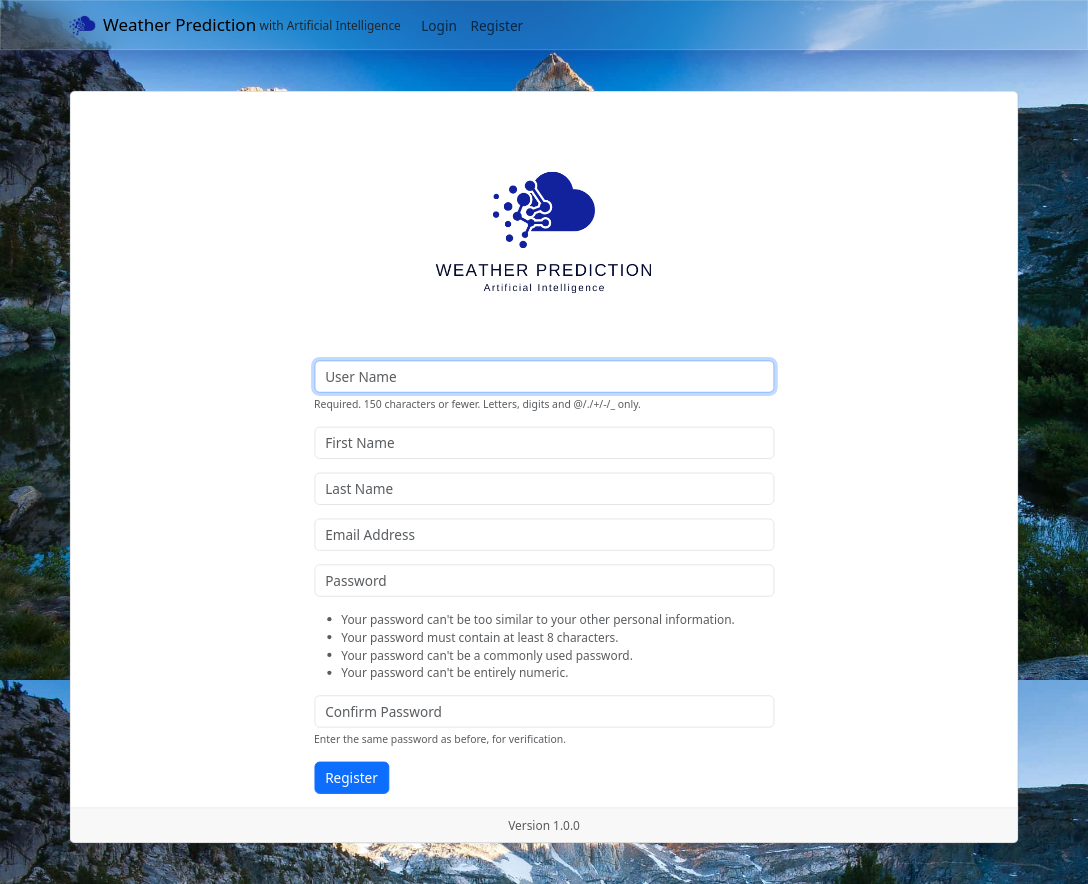
Repository: rustycoder/weather_prediction
Page: http://localhost/weather_admin/register
An editor plug-in stored every save of this project. The page is shown before and after the next save, followed by the edit.
The browser window is 1280 px wide. The pictures show the whole page, at 85% of full size.
Backgrounds fixed to the window are drawn as part of the page. The page is served by the project's application, run on Django 5.2 (manage.py).

Above is the page before, as saved 2025-03-03 18:54:22.

After the next save:
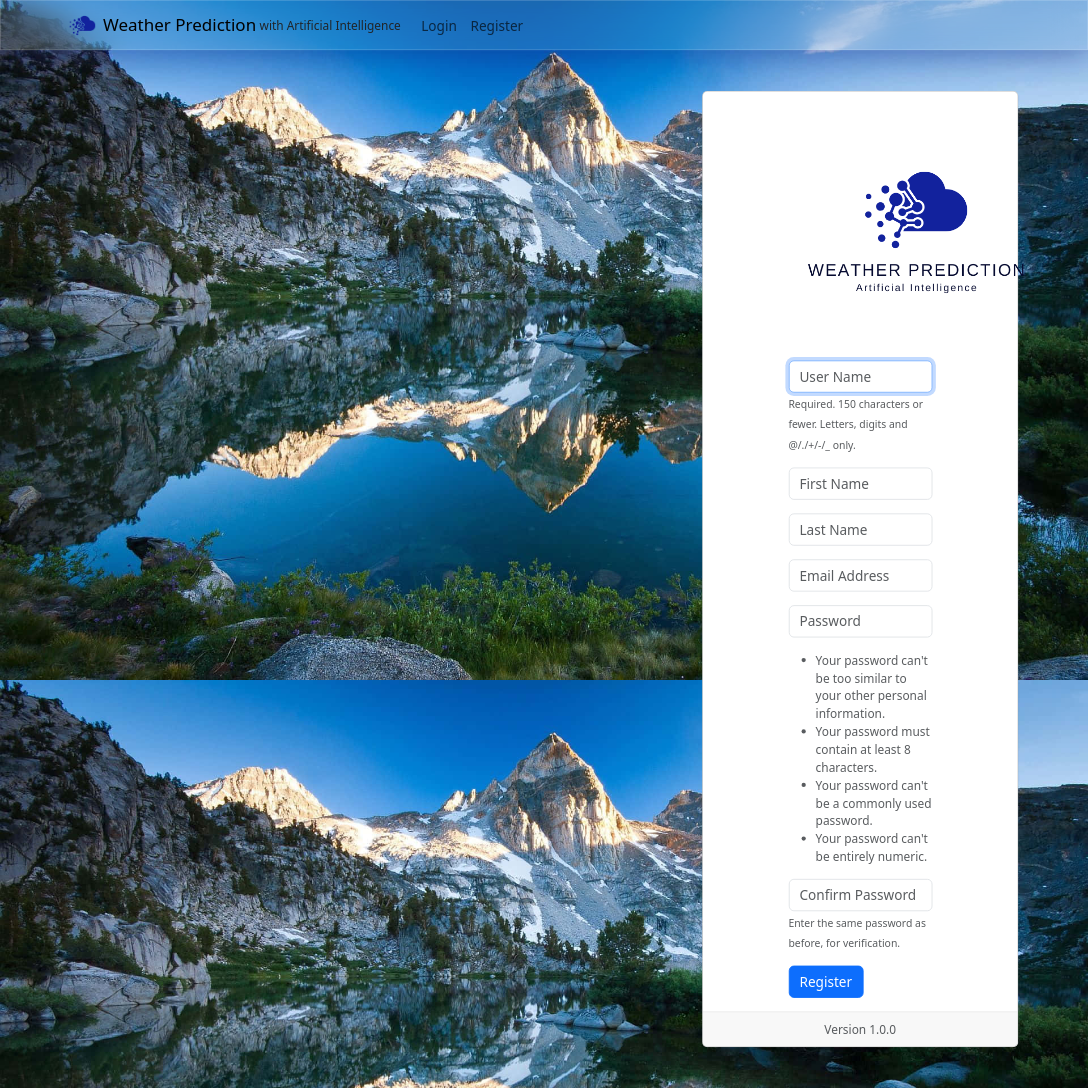
Saved 75 s later.
--- a/weather_admin/templates/register.html
+++ b/weather_admin/templates/register.html
@@ -1,35 +1,36 @@
 {% extends 'base.html' %}
 {% load static %}
 {% block content %}
+<div class="col-md-4 offset-md-8">
+    <div class="card my-5">
+        <div class="card-body">
+            <div class="col-md-6 offset-md-3">
+                <img src="{% static 'images/logo_full.png' %}" class="rounded mx-auto d-block" width="300"
+                    alt="Weather Prediction Logo">
 
-<div class="card my-5">
-    <div class="card-body">
-        <div class="col-md-6 offset-md-3">
-            <img src="{% static 'images/logo_full.png' %}" class="rounded mx-auto d-block" width="300"
-                alt="Weather Prediction Logo">
+                <form method="POST" action="">
+                    {% csrf_token %}
+                    {% if form.errors %}
+                    <div class="alert alert-warning alert-dismissible fade show" role="alert">
+                        Your Form Has Errors
+                        {% for field in form %}
+                        {% if field.errors %}
+                        {{ field.errors }}
+                        {% endif %}
+                        {% endfor %}
+                        <button type="button" class="btn-close" data-bs-dismiss="alert" aria-label="Close"></button>
+                    </div>
+                    {% endif %}
 
-            <form method="POST" action="">
-                {% csrf_token %}
-                {% if form.errors %}
-                <div class="alert alert-warning alert-dismissible fade show" role="alert">
-                    Your Form Has Errors
-                    {% for field in form %}
-                    {% if field.errors %}
-                    {{ field.errors }}
-                    {% endif %}
-                    {% endfor %}
-                    <button type="button" class="btn-close" data-bs-dismiss="alert" aria-label="Close"></button>
-                </div>
-                {% endif %}
+                    {{ form.as_p }}
 
-                {{ form.as_p }}
-
-                <button type="submit" class="btn btn-primary">Register</button>
-            </form>
+                    <button type="submit" class="btn btn-primary">Register</button>
+                </form>
+            </div>
         </div>
-    </div>
-    <div class="card-footer text-body-secondary text-center">
-        <small class="text-body-secondary">Version 1.0.0</small>
+        <div class="card-footer text-body-secondary text-center">
+            <small class="text-body-secondary">Version 1.0.0</small>
+        </div>
     </div>
 </div>
 
